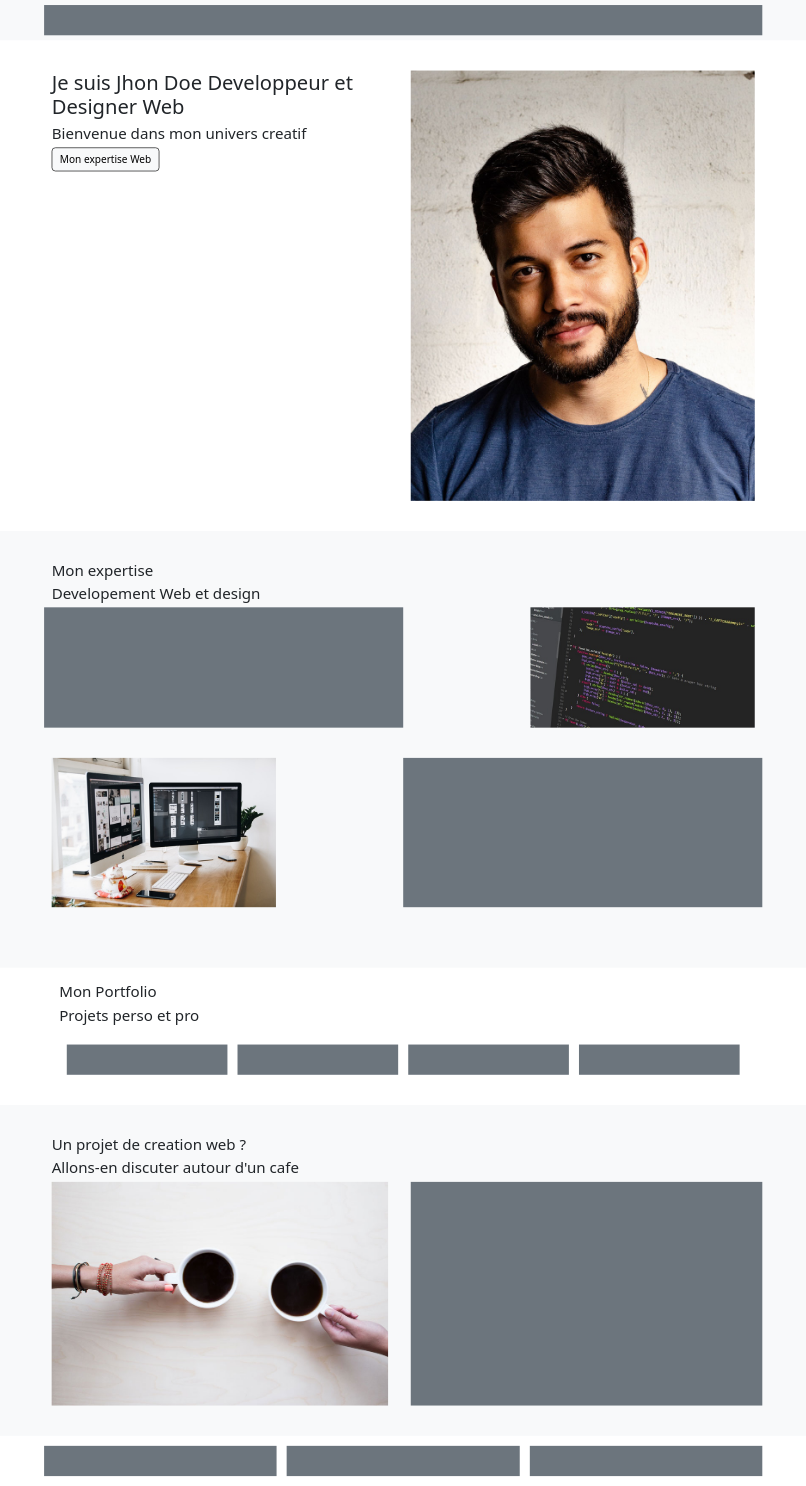
Repository: wadelfadill/Bootstrap_tache_1_portfolio
Page: index.html
These files come from the project's save history. The page is drawn as it stood at one moment and after the next save; the edit follows.
The browser window is 1280 px wide. The pictures show the whole page, at 63% of full size.

Above is the page before, as saved 2023-03-28 10:16:21.

### index.html
<!DOCTYPE html>
<html lang="en">
<head>
    <meta charset="UTF-8">
    <meta http-equiv="X-UA-Compatible" content="IE=edge">
    <meta name="viewport" content="width=device-width, initial-scale=1.0">
    <title>Portfolio_Bootstrap</title>
    <link href="https://cdn.jsdelivr.net/npm/bootstrap@5.3.0-alpha2/dist/css/bootstrap.min.css" rel="stylesheet" integrity="sha384-aFq/bzH65dt+w6FI2ooMVUpc+21e0SRygnTpmBvdBgSdnuTN7QbdgL+OapgHtvPp" crossorigin="anonymous">
    <link rel="stylesheet" href="style.css">
</head>
<body>
    <header>
        <nav class="navbar bg-light container-fluid">
            <div class="container bg-secondary py-4">

            </div>
        </nav>
    </header>
    <main>
        <section class="my-5">
            <div class="container">
                <div class="row">
                    <div class="col-6">
                        <p class="h2">Je suis Jhon Doe Developpeur et Designer Web</p>
                        <p class="h4">Bienvenue dans mon univers creatif</p>
                        <a class="btn btn-light border-black" href="#" role="button">Mon expertise Web</a>

                    </div>
                    <div class="col-6">
                        <img src="img/portrait.jpg" alt="profile de Jhon Doe" class="w-100">
                    </div>
                </div>
            </div>
        </section>
        <section>
            <div class="container-fluid bg-light py-5 mt-5">
                <div class="container ">
                 <p class="h4">Mon expertise</p>
                 <p class="h4">Developement Web et design</p>
                <div class="row">
                    <div class="col-6 bg-secondary">

                    </div>
                    <div class="col-1  offset-1"></div>
                    <div class="col-4">
                        <img src="img/code.jpg" alt="" class="w-100">
                    </div>
                </div>
                <div class="row my-5">
                    <div class="col-4">
                        <img src="img/design.jpg" alt="" class="w-100">
                    </div>
                    <div class="col-1 offset-1"></div>
                    <div class="col-6 bg-secondary">

                    </div>
                </div>
             </div>
            </div>

        </section>
        <section class="container">
            <div class="container my-4">
                <p class="h4">Mon Portfolio</p>
                <p class="h4">Projets perso et pro</p>
                <div class="row gap-3 p-4">
                    <div class="col bg-secondary py-4"></div>
                    <div class="col bg-secondary py-4"></div>
                    <div class="col bg-secondary py-4"></div>
                    <div class="col bg-secondary py-4"></div>
                </div>
            </div>
        </section>
        <section class="p-5 bg-light">
            <div class="container">
                <p class="h4">Un projet de creation web ?</p>
                <p class="h4">Allons-en discuter autour d'un cafe</p>
                <div class="row gap-4">
                    <div class="col">
                        <img src="img/grab-a-coffee.jpg" class="w-100" alt="">
                    </div>
                    <div class="col bg-secondary"></div>
                </div>
            </div>
        </section>
    </main>
    <footer>
        <div class="container">
            <div class="row gap-3 py-3">
                <div class="col p-4 bg-secondary"></div>
                <div class="col p-4 bg-secondary"></div>
                <div class="col p-4 bg-secondary"></div>
            </div>
        </div>
    </footer>


</body>
</html>

Loaded but not shown: style.css (no stored copy; drawn as an empty file)

After the next save:
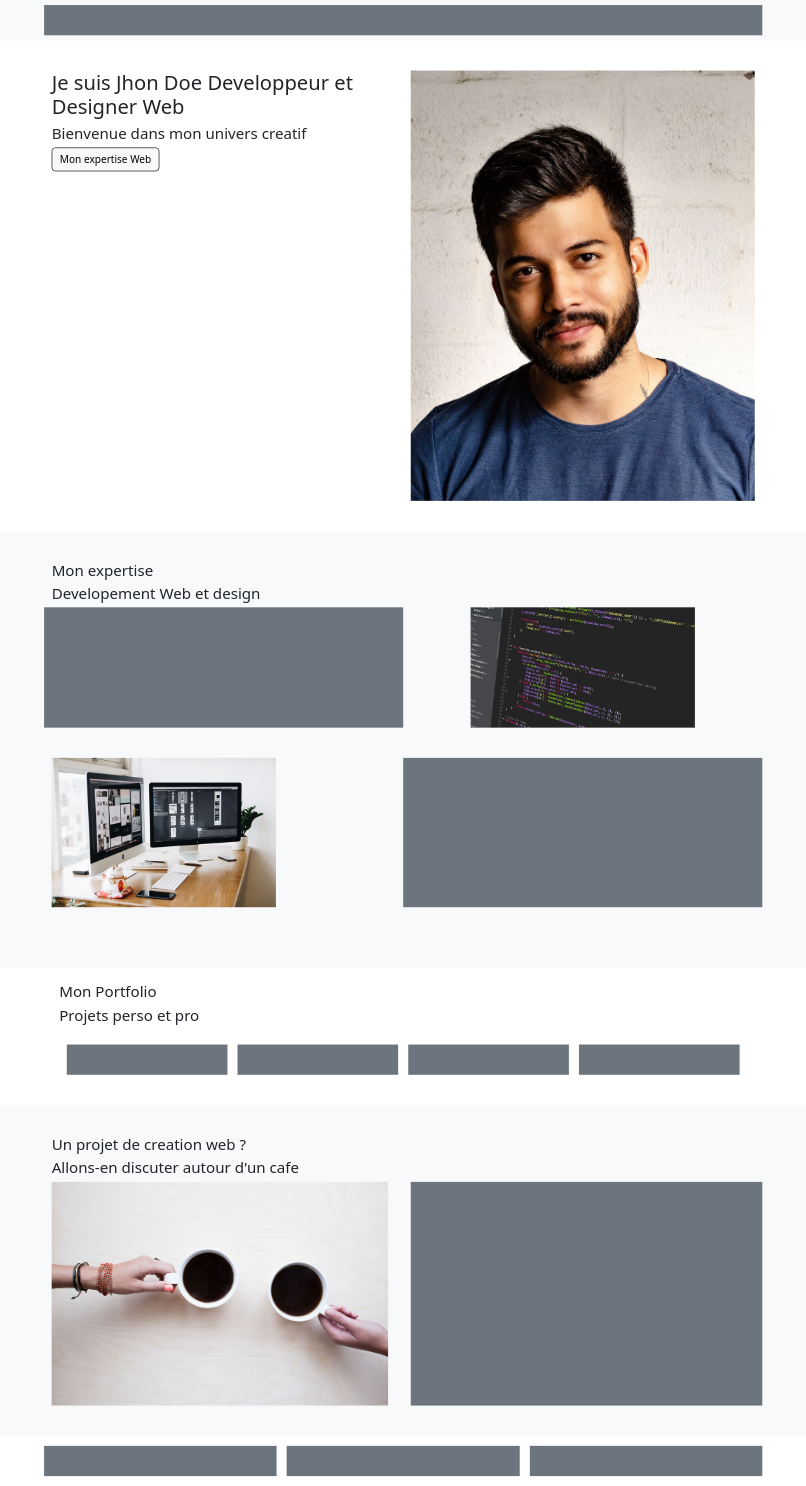
Saved 2 min 54 s later.
--- a/index.html
+++ b/index.html
@@ -41,8 +41,7 @@
                     <div class="col-6 bg-secondary">
 
                     </div>
-                    <div class="col-1  offset-1"></div>
-                    <div class="col-4">
+                    <div class="col-4 offset-1">
                         <img src="img/code.jpg" alt="" class="w-100">
                     </div>
                 </div>
